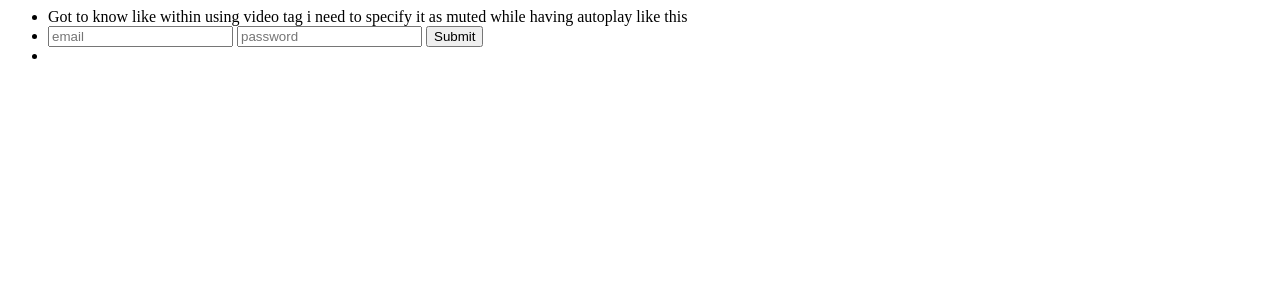
Repository: RohanSai22/harkirat-cohort-learnings
Page: Web/w1.html
The author's editor kept a copy of each file at every save. The page is drawn from the files as they stood at one save, then again after the next save.
The browser window is 1280 px wide. The pictures show the whole page.

Above is the page before, as saved 2026-03-24 02:52:53.

After the next save:
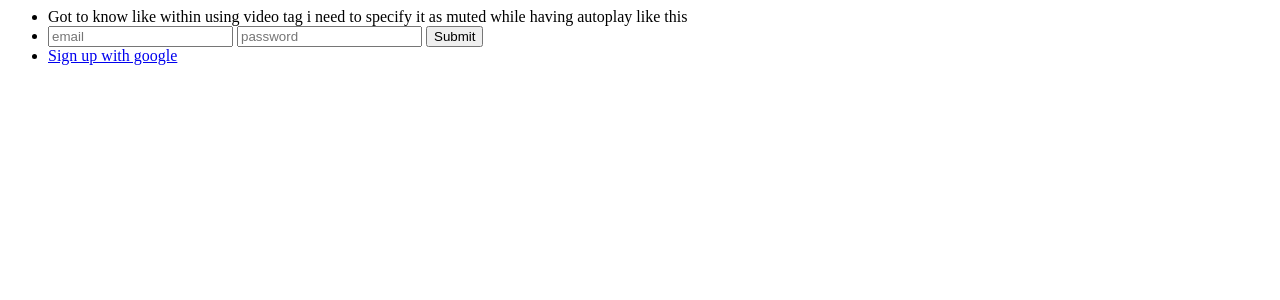
Saved 37 s later.
--- a/Web/w1.html
+++ b/Web/w1.html
@@ -14,7 +14,7 @@
                 <button>Submit</button>
             </li>
             <li>
-                <a href="gmail.com/signup" target="_blank">
+                <a href="gmail.com/signup" target="_blank">Sign up with google</a>
             </li>
         </ul>
     </body>
